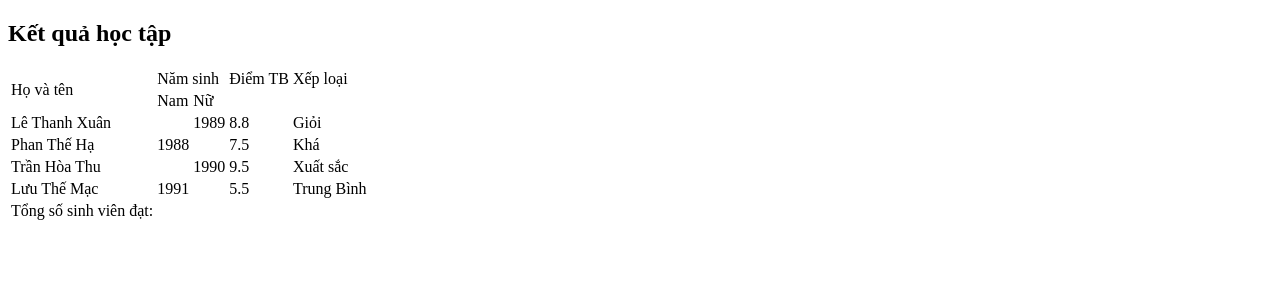
Repository: tuiladev/TKW
Page: Table/index.html
The author's editor kept a copy of each file at every save. The page is drawn from the files as they stood at one save, then again after a run of saves.
The browser window is 1280 px wide. The pictures show the whole page.

Above is the page before, as saved 2022-03-15 23:38:53.

After the next 3 saves:
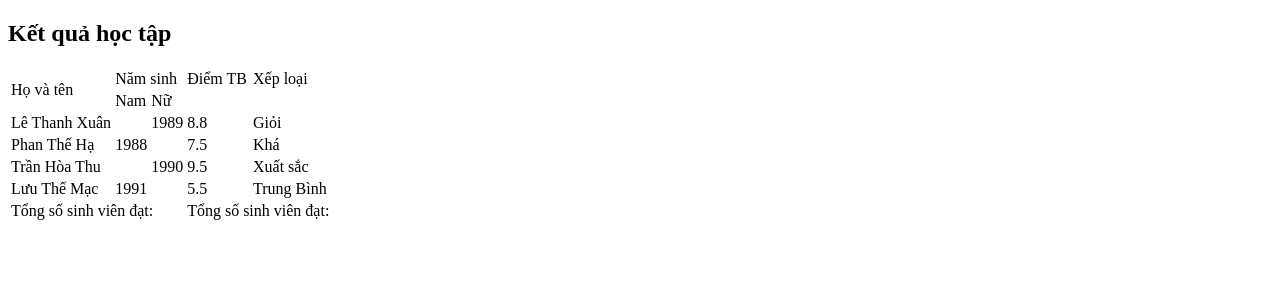
The 3 saves are shown as one change because they came seconds apart.
The last was saved 10 s later.
--- a/Table/index.html
+++ b/Table/index.html
@@ -53,7 +53,8 @@
       </tbody>
       <tfoot>
         <tr>
-          <td>Tổng số sinh viên đạt:</td>
+          <td colspan="3">Tổng số sinh viên đạt:</td>
+          <td colspan="3">Tổng số sinh viên đạt:</td>
         </tr>
       </tfoot>
     </table>
